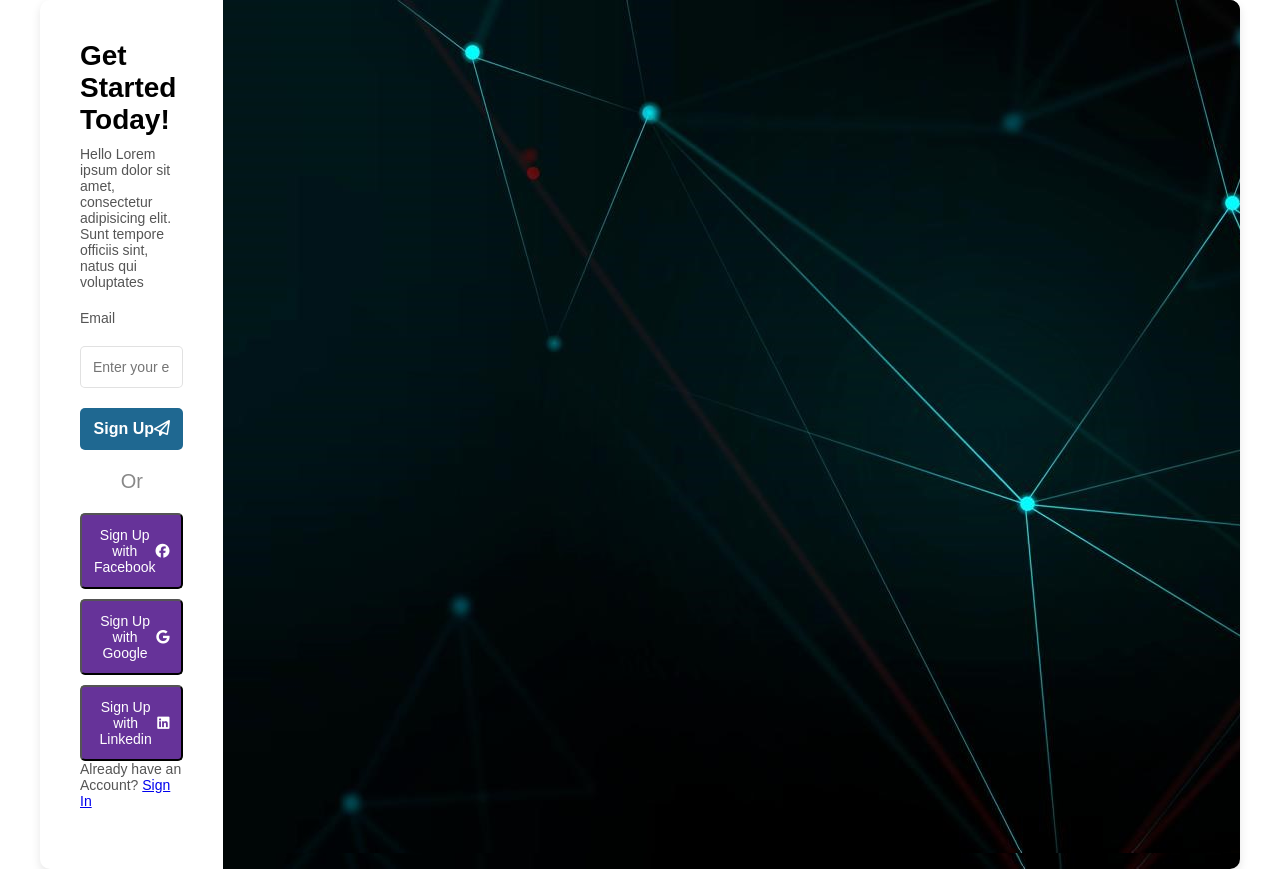
Repository: Femi007-gh/Login-V2
Page: index.html
The author's editor kept a copy of each file at every save. The page is drawn from the files as they stood at one save, then again after the next save.
The browser window is 1280 px wide. The pictures show the whole page.

Above is the page before, as saved 2025-01-27 08:09:31.

### index.html
<html>
    <head>
        <title></title>
  <link rel="stylesheet" href="style.css">
  <link rel="stylesheet" href="https://cdnjs.cloudflare.com/ajax/libs/font-awesome/6.5.0/css/all.min.css">
    </head>
    <body>
        <div class="container">
            <div class="left-session">
                <div class="form-container">
                    <h1>Get Started Today!</h1>
                    <p> Hello Lorem ipsum dolor sit amet, consectetur adipisicing elit. Sunt tempore officiis sint, natus qui voluptates </p>
                    <form>
                        <div class="input-group">
                            <p>Email</p>
                            <input type="email" id="email" placeholder="Enter your email" required>
                        </div>
                        <button class="primary-btn" type="submit">Sign Up<i class="fa-regular fa-paper-plane"></i></button>
                    </form>
                    <p class="divider">Or</p>
                    <div class="social-buttons">
                        <button class="social-btn facebook-btn">
                            Sign Up with Facebook<i class="fa-brands fa-facebook"></i>
                        </button>
                        <button class="social-btn google-btn">
                            Sign Up with Google<i class="fa-brands fa-google"></i>
                        </button>
                        <button class="social-btn Linkedin-btn">
                            Sign Up with Linkedin<i class="fa-brands fa-linkedin"></i>
                        </button>
                    </div>
                    <p>Already have an Account? <a href="#">Sign In</a></p>
                </div>
            </div>
            <div class="right-section">
                <img src="ART.jpg">
            </div>
        </div>
    </body>
</html>

### style.css
* {
   padding: 0;
   margin: 0;
   box-sizing: border-box;
}

body {
    font-family: sans-serif;
    background-color: #fff;
    display: flex;
    justify-content: center;
    align-items: center;
}

.container {
  display: flex;
  max-width: 1200px;
  width: 100%;
  background-color: #fff;
  border-radius: 10px;
  overflow: hidden;
  box-shadow: 0 4px 10px rgba(0, 0, 0, 0.1);
}

.left-session {
  flex: 1;
  padding: 40px;
  display: flex;
  justify-content: center;
  align-items: center;
}

h1 {
  font-size: 28px;
  font-weight: bold;
  margin-bottom: 10px;
}

p {
  font-size: 14px;
  color: #555;
  margin-bottom: 20px;
}

.input-group {
  margin-bottom: 20px;
}

.input-group input {
  width: 100%;
  padding: 12px;
  font-size: 14px;
  border: 1px solid #dddd;
  border-radius: 5px;
}

.primary-btn {
  width: 100%;
  padding: 12px;
  background-color: #1F6891;
  color: white;
  border: none;
  border-radius: 5px;
  font-size: 16px;
  font-weight: bold;
  cursor: pointer;
}

.primary-btn:hover {
  background-color: #005a8c;
}

.divider {
  font-size: 20px;
  color: #888;
  margin: 20px 0;
  text-align: center;
}

.social-buttons {
  display: flex;
  flex-direction: column;
  gap: 10px;
}

.social-btn {
  width: 100%;
  padding: 12px;
  font-size: 14px;
  border-radius: 5px;
  color: white;
  display: flex;
  align-items: center;
  justify-content: center;
  background-color: rebeccapurple;
}

.signin-text {
  font-size: 15px;
  margin-top: 20px;
}

.signin-text a {
  text-decoration: none;
}

.right-section {
  flex: 1;
  background: url(ART.jpg) no-repeat center center/cover;
  /* clip-path: polygon(20% 0, 100% 100%, 20% 100%, 0 50%); */
}

After the next save:
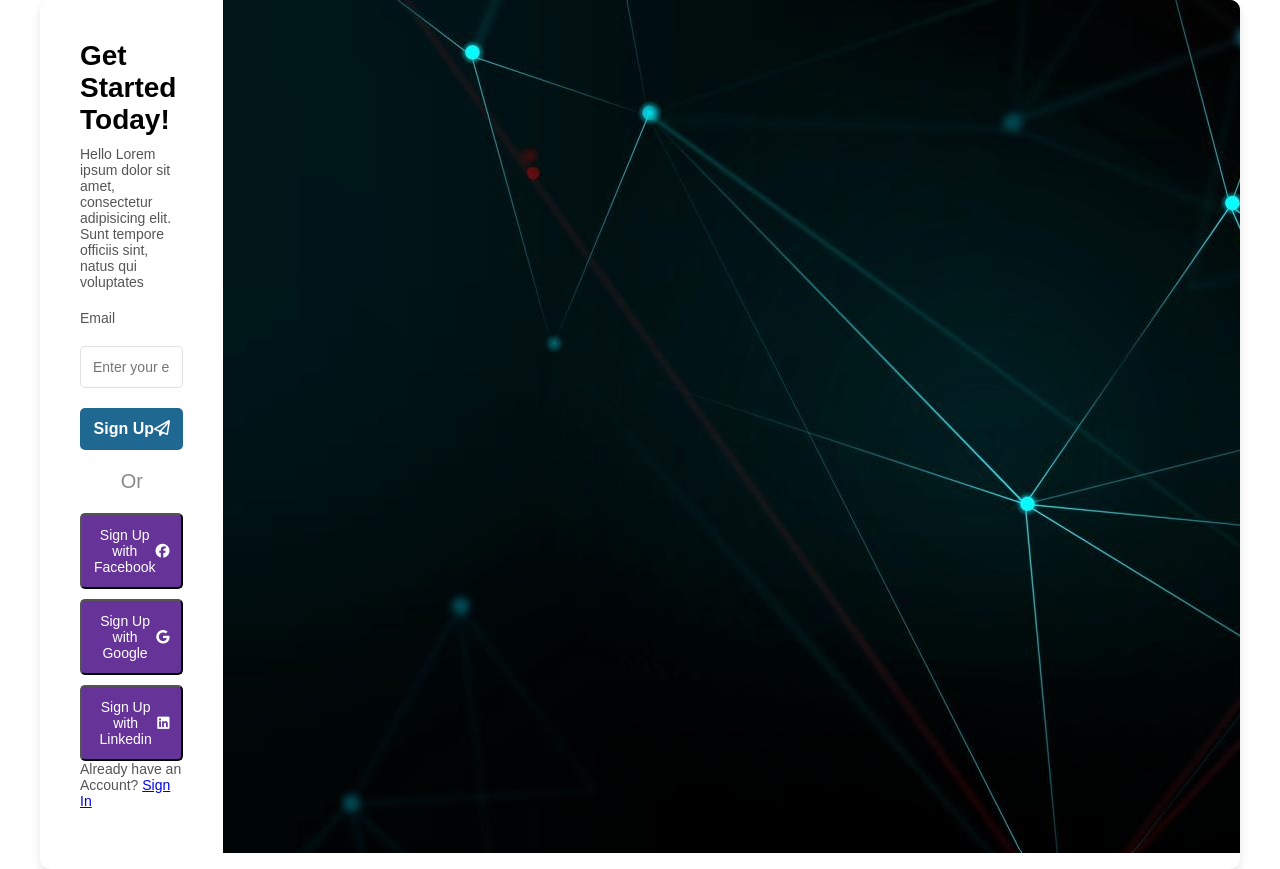
Saved 4 min 18 s later.
--- a/style.css
+++ b/style.css
@@ -106,6 +106,6 @@
 
 .right-section {
   flex: 1;
-  background: url(ART.jpg) no-repeat center center/cover;
+  background: url(ART.jpg) no-repeat;
   /* clip-path: polygon(20% 0, 100% 100%, 20% 100%, 0 50%); */
 }

After the save that followed:
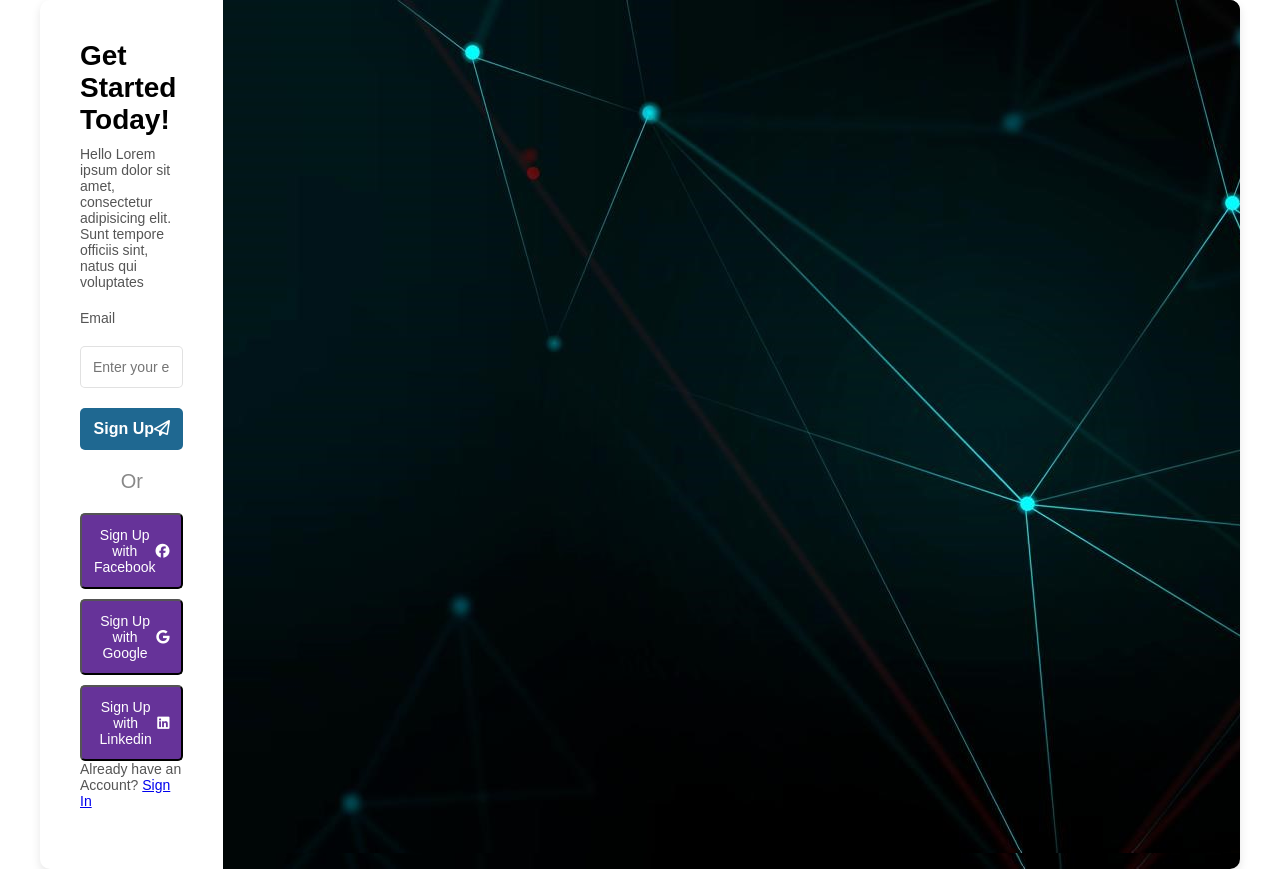
Saved 4 s later.
--- a/style.css
+++ b/style.css
@@ -106,6 +106,6 @@
 
 .right-section {
   flex: 1;
-  background: url(ART.jpg) no-repeat;
+  background: url(ART.jpg) no-repeat center center/cover;
   /* clip-path: polygon(20% 0, 100% 100%, 20% 100%, 0 50%); */
 }
